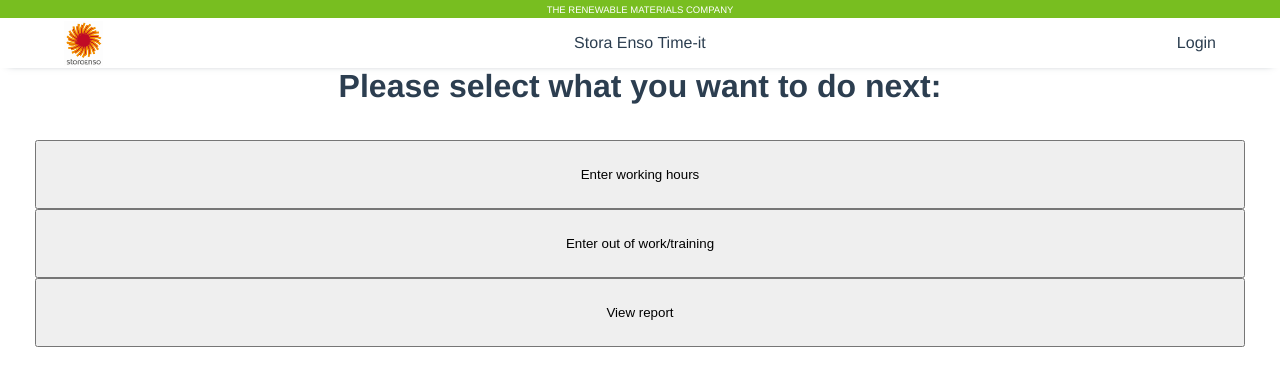
Repository: marianreha/vue-timeit
Page: /
An editor plug-in stored every save of this project. The page is shown before and after a run of saves, followed by the edit.
The browser window is 1280 px wide. The pictures show the whole page.
Some web fonts or font styles are not loaded; a fallback is used. The project was rebuilt for these pictures with package versions that can differ from the ones it lists, and the page was loaded fresh each time. Also part of the build but not shown: vue.config.js.

Above is the page before, as saved 2020-03-29 19:30:31.

After the next 2 saves:
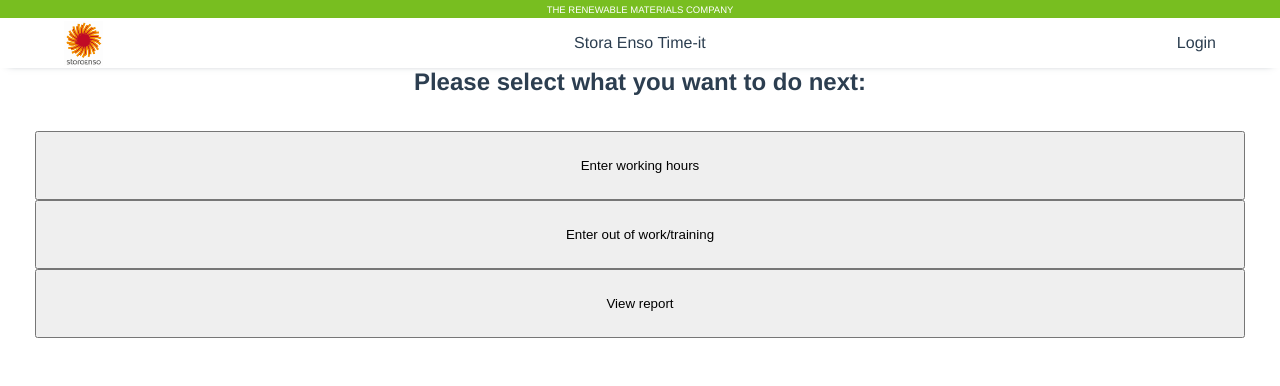
The 2 saves are shown as one change because 1 did not build or start.
The last was saved 8 s later.
--- a/src/components/Home.vue
+++ b/src/components/Home.vue
@@ -1,6 +1,6 @@
 <template>
   <div>
-      <h1>Please select what you want to do next:</h1>
+      <h2>Please select what you want to do next:</h2>
       <div class="btn-group">
         <button>Enter working hours</button>
         <button>Enter out of work/training</button>
